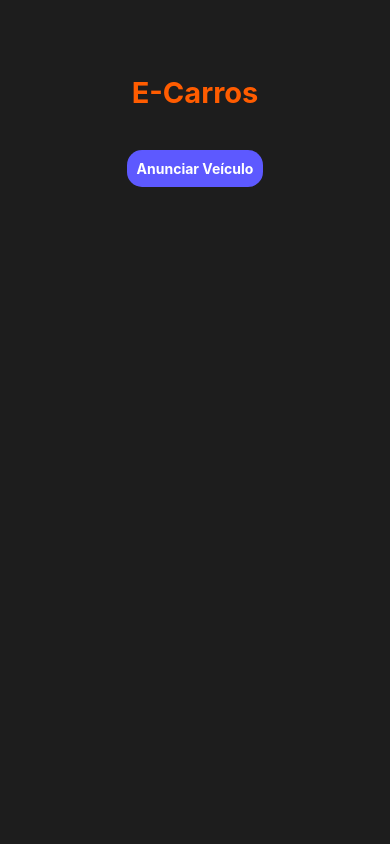
Repository: Matheus904-12/OpenAI---1
Screen: / (app in E-CARROS/)
An editor plug-in stored every save of this project. The screen is shown before and after the next save, followed by the edit.
The app was drawn by React Native's web renderer in a window 390 px wide. The project was rebuilt for these pictures with package versions that can differ from the ones it lists, and the page was loaded fresh each time.

Above is the screen before, as saved 2024-04-24 21:20:08.

### E-CARROS/App.tsx
import React, { useState } from 'react';
import { StyleSheet, Text, View, TextInput, TouchableOpacity, Modal, Alert, FlatList, Image } from 'react-native';
import DocumentPicker from '@react-native-community/document-picker';

export default function App() {
  const [vehicles, setVehicles] = useState([]);
  const [modalVisible, setModalVisible] = useState(false);
  const [newVehicle, setNewVehicle] = useState({
    brand: '',
    model: '',
    year: '',
    mileage: '',
    price: '',
    image: null, // Adicionado para armazenar a imagem
  });

  const handleAddVehicle = () => {
    if (
      newVehicle.brand === '' ||
      newVehicle.model === '' ||
      newVehicle.year === '' ||
      newVehicle.mileage === '' ||
      newVehicle.price === '' ||
      newVehicle.image === null // Verifica se a imagem foi carregada
    ) {
      Alert.alert('Erro', 'Todos os campos são obrigatórios!', [{ text: 'Ok' }]);
      return;
    }

    setVehicles([...vehicles, newVehicle]);
    setNewVehicle({
      brand: '',
      model: '',
      year: '',
      mileage: '',
      price: '',
      image: null, // Limpa a imagem após adicionar o veículo
    });
    setModalVisible(false);

    Alert.alert('Sucesso', 'Veículo anunciado com sucesso!', [{ text: 'Ok' }]);
  };

  const handleSeeMore = async (vehicle) => {
    try {
      const response = await fetch("https://api.openai.com/v1/chat/completions", {
        method: "POST",
        headers: {
          "Content-Type": "application/json",
          "Authorization": `Bearer `,
        },
        body: JSON.stringify({
          model: "gpt-3.5-turbo",
          messages: [
            {
              role: 'user',
              content: `Saber mais sobre o veículo: ${vehicle.brand} ${vehicle.model} ${vehicle.year}`
            }
          ],
          temperature: 0.7,
          max_tokens: 150,
          top_p: 1,
        })
      });

      const data = await response.json();
      const vehicleInfo = data.choices[0].message.content;

      Alert.alert('Detalhes do Veículo', vehicleInfo, [{ text: 'Ok' }]);
    } catch (error) {
      console.error('Erro ao obter informações do veículo:', error);
      Alert.alert('Erro', 'Erro ao obter informações do veículo. Por favor, tente novamente mais tarde.', [{ text: 'Ok' }]);
    }
  };

  const renderItem = ({ item }) => {
    return (
      <View style={styles.vehicleItem}>
        {/* Adiciona a imagem do veículo */}
        <Image
          source={item.image} // Define a fonte da imagem
          style={styles.vehicleImage} // Estilos da imagem
        />
        <Text style={styles.vehicleText}>{`Marca: ${item.brand}`}</Text>
        <Text style={styles.vehicleText}>{`Modelo: ${item.model}`}</Text>
        <Text style={styles.vehicleText}>{`Ano: ${item.year}`}</Text>

        <TouchableOpacity
          style={styles.contactButton}
          onPress={() => handleSeeMore(item)}
        >
          <Text style={styles.contactButtonText}>Saber Mais</Text>
        </TouchableOpacity>
      </View>
    );
  };

  const pickImage = async () => {
    try {
      const res = await DocumentPicker.pick({
        type: [DocumentPicker.types.images],
      });

      setNewVehicle({ ...newVehicle, image: res.uri });
    } catch (err) {
      if (DocumentPicker.isCancel(err)) {
        console.log('Canceled');
      } else {
        console.error('Error', err);
      }
    }
  };

  return (
    <View style={styles.container}>
      <Text style={styles.header}>E-Carros</Text>
      <TouchableOpacity
        style={styles.addButton}
        onPress={() => setModalVisible(true)}
      >
        <Text style={styles.addButtonText}>Anunciar Veículo</Text>
      </TouchableOpacity>
      <Modal
        animationType="slide"
        transparent={true}
        visible={modalVisible}
        onRequestClose={() => setModalVisible(false)}
      >
        <View style={styles.modalContainer}>
          <View style={styles.modalContent}>
            <Text style={styles.modalTitle}>Novo Veículo</Text>
            {/* Adiciona um botão para carregar a imagem */}
            <TouchableOpacity
              style={styles.imageButton}
              onPress={pickImage}
            >
              <Text style={styles.imageButtonText}>Carregar Imagem</Text>
            </TouchableOpacity>
            <TextInput
              style={styles.input}
              placeholder="Marca"
              value={newVehicle.brand}
              onChangeText={text => setNewVehicle({...newVehicle, brand: text})}
            />
            <TextInput
              style={styles.input}
              placeholder="Modelo"
              value={newVehicle.model}
              onChangeText={text => setNewVehicle({...newVehicle, model: text})}
            />
            <TextInput
              style={styles.input}
              placeholder="Ano"
              value={newVehicle.year}
              onChangeText={year => setNewVehicle({...newVehicle, year: year})}
            />
            <TextInput
              style={styles.input}
              placeholder="Quilometragem"
              value={newVehicle.mileage}
              onChangeText={number => setNewVehicle({...newVehicle, mileage: number})}
            />
            <TextInput
              style={styles.input}
              placeholder="Preço"
              value={newVehicle.price}
              onChangeText={number => setNewVehicle({...newVehicle, price: number})}
            />
            <TouchableOpacity
              style={styles.addButton}
              onPress={handleAddVehicle}
            >
              <Text style={styles.addButtonText}>Anunciar</Text>
            </TouchableOpacity>
            <TouchableOpacity
              style={[styles.addButton, styles.cancelButton]}
              onPress={() => setModalVisible(false)}
            >
              <Text style={styles.addButtonText}>Cancelar</Text>
            </TouchableOpacity>
          </View>
        </View>
      </Modal>
      <FlatList
        style={styles.vehicleList}
        data={vehicles}
        renderItem={renderItem}
        keyExtractor={(item, index) => index.toString()}
      />
    </View>
  );
}

const styles = StyleSheet.create({
  container: {
    flex: 1,
    backgroundColor: '#1d1d1d',
    alignItems: 'center',
    paddingTop: 40,
  },
  header: {
    fontSize: 29,
    fontWeight: 'bold',
    marginBottom: 20,
    color: '#FF5C00',
    paddingTop: 35,
  },
  addButton: {
    backgroundColor: '#5D59FF',
    padding: 10,
    borderRadius: 15,
    marginBottom: 20,
    marginTop: 20,
  },
  addButtonText: {
    color: 'white',
    fontWeight: 'bold',
    textAlign: 'center',
  },
  vehicleList: {
    flex: 1,
    width: '100%',
  },
  vehicleItem: {
    backgroundColor: 'white',
    padding: 20,
    marginBottom: 20,
    borderRadius: 15,
    shadowColor: '#000',
    shadowOffset: { width: 100, height: 20 },
    shadowOpacity: 0.1,
    shadowRadius: 4,
    elevation: 2,
    marginTop: 40,
    marginRight: 25,
    marginLeft: 25,
  },
  vehicleText: {
    fontSize: 16,
    marginBottom: 10,
  },
  vehicleImage: {
    width: '100%', // Define a largura da imagem
    height: 200, // Define a altura da imagem
    marginBottom: 10, // Define o espaçamento inferior da imagem
  },
  contactButton: {
    backgroundColor: '#4CD964',
    padding: 5,
    borderRadius: 8,
    marginTop: 10,
  },
  contactButtonText: {
    color: 'white',
    fontWeight: 'bold',
    textAlign: 'center',
  },
  modalContainer: {
    flex: 1,
    justifyContent: 'center',
    alignItems: 'center',
    backgroundColor: 'rgba(79, 79, 89, 1)',
  },
  modalContent: {
    backgroundColor: 'white',
    padding: 20,
    borderRadius: 10,
    width: '80%',
  },
  modalTitle: {
    fontSize: 20,
    fontWeight: 'bold',
    marginBottom: 20,
  },
  input: {
    borderWidth: 1,
    borderColor: '#000000',
    borderRadius: 8,
    padding: 10,
    marginBottom: 20,
  },
  cancelButton: {
    backgroundColor: '#FF5c00',
  },
  imageButton: {
    backgroundColor: '#5D59FF',
    padding: 10,
    borderRadius: 15,
    marginBottom: 20,
    marginTop: 20,
    alignItems: 'center',
  },
  imageButtonText: {
    color: 'white',
    fontWeight: 'bold',
    textAlign: 'center',
  },
});

After the next save:
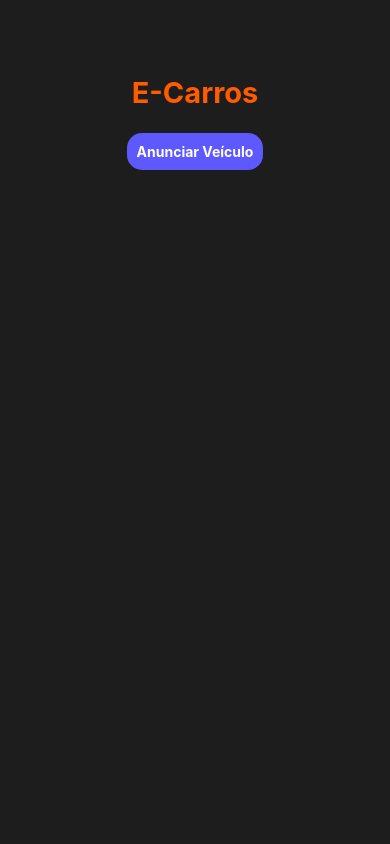
Saved 2 min 17 s later.
--- a/E-CARROS/App.tsx
+++ b/E-CARROS/App.tsx
@@ -1,6 +1,6 @@
 import React, { useState } from 'react';
-import { StyleSheet, Text, View, TextInput, TouchableOpacity, Modal, Alert, FlatList, Image } from 'react-native';
-import DocumentPicker from '@react-native-community/document-picker';
+import { StyleSheet, Text, View, TextInput, TouchableOpacity, Modal, Alert, FlatList } from 'react-native';
+import Carousel from 'react-native-snap-carousel';
 
 export default function App() {
   const [vehicles, setVehicles] = useState([]);
@@ -11,7 +11,6 @@ export default function App() {
     year: '',
     mileage: '',
     price: '',
-    image: null, // Adicionado para armazenar a imagem
   });
 
   const handleAddVehicle = () => {
@@ -20,8 +19,7 @@ export default function App() {
       newVehicle.model === '' ||
       newVehicle.year === '' ||
       newVehicle.mileage === '' ||
-      newVehicle.price === '' ||
-      newVehicle.image === null // Verifica se a imagem foi carregada
+      newVehicle.price === ''
     ) {
       Alert.alert('Erro', 'Todos os campos são obrigatórios!', [{ text: 'Ok' }]);
       return;
@@ -34,7 +32,6 @@ export default function App() {
       year: '',
       mileage: '',
       price: '',
-      image: null, // Limpa a imagem após adicionar o veículo
     });
     setModalVisible(false);
 
@@ -76,11 +73,6 @@ export default function App() {
   const renderItem = ({ item }) => {
     return (
       <View style={styles.vehicleItem}>
-        {/* Adiciona a imagem do veículo */}
-        <Image
-          source={item.image} // Define a fonte da imagem
-          style={styles.vehicleImage} // Estilos da imagem
-        />
         <Text style={styles.vehicleText}>{`Marca: ${item.brand}`}</Text>
         <Text style={styles.vehicleText}>{`Modelo: ${item.model}`}</Text>
         <Text style={styles.vehicleText}>{`Ano: ${item.year}`}</Text>
@@ -93,22 +85,6 @@ export default function App() {
         </TouchableOpacity>
       </View>
     );
-  };
-
-  const pickImage = async () => {
-    try {
-      const res = await DocumentPicker.pick({
-        type: [DocumentPicker.types.images],
-      });
-
-      setNewVehicle({ ...newVehicle, image: res.uri });
-    } catch (err) {
-      if (DocumentPicker.isCancel(err)) {
-        console.log('Canceled');
-      } else {
-        console.error('Error', err);
-      }
-    }
   };
 
   return (
@@ -129,13 +105,6 @@ export default function App() {
         <View style={styles.modalContainer}>
           <View style={styles.modalContent}>
             <Text style={styles.modalTitle}>Novo Veículo</Text>
-            {/* Adiciona um botão para carregar a imagem */}
-            <TouchableOpacity
-              style={styles.imageButton}
-              onPress={pickImage}
-            >
-              <Text style={styles.imageButtonText}>Carregar Imagem</Text>
-            </TouchableOpacity>
             <TextInput
               style={styles.input}
               placeholder="Marca"
@@ -210,7 +179,7 @@ const styles = StyleSheet.create({
     padding: 10,
     borderRadius: 15,
     marginBottom: 20,
-    marginTop: 20,
+    marginTop: 3,
   },
   addButtonText: {
     color: 'white',
@@ -239,11 +208,6 @@ const styles = StyleSheet.create({
     fontSize: 16,
     marginBottom: 10,
   },
-  vehicleImage: {
-    width: '100%', // Define a largura da imagem
-    height: 200, // Define a altura da imagem
-    marginBottom: 10, // Define o espaçamento inferior da imagem
-  },
   contactButton: {
     backgroundColor: '#4CD964',
     padding: 5,
@@ -282,17 +246,4 @@ const styles = StyleSheet.create({
   cancelButton: {
     backgroundColor: '#FF5c00',
   },
-  imageButton: {
-    backgroundColor: '#5D59FF',
-    padding: 10,
-    borderRadius: 15,
-    marginBottom: 20,
-    marginTop: 20,
-    alignItems: 'center',
-  },
-  imageButtonText: {
-    color: 'white',
-    fontWeight: 'bold',
-    textAlign: 'center',
-  },
 });
